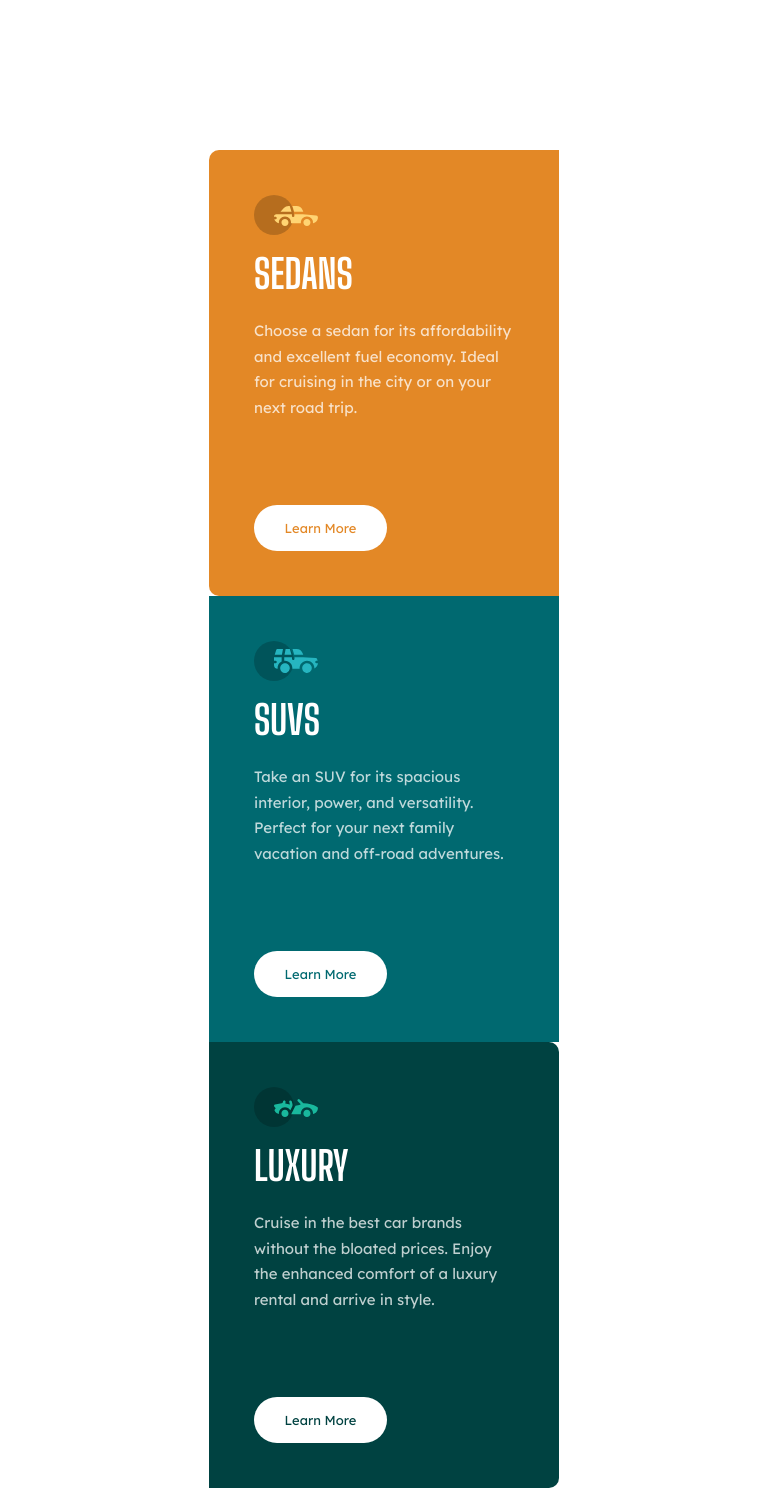
Repository: KamoliddinGIT/column-preview-card
Page: index.html
An editor plug-in stored every save of this project. The page is shown before and after the next save, followed by the edit.
The browser window is 768 px wide. The pictures show the whole page.

Above is the page before, as saved 2023-09-15 17:12:51.

After the next save:
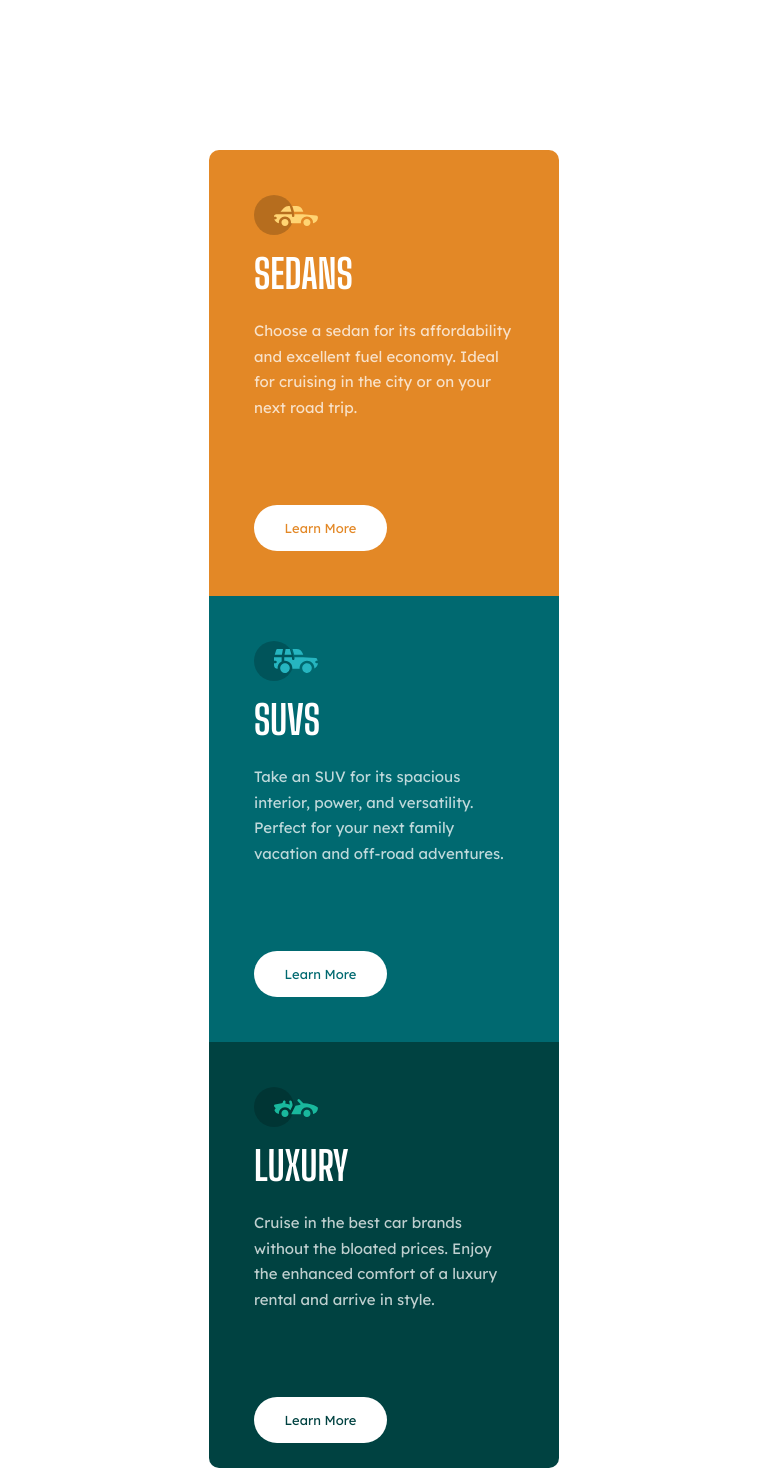
Saved 18 s later.
--- a/css/style.css
+++ b/css/style.css
@@ -182,6 +182,17 @@
     align-items: center;
     flex-direction: column;
   }
+  .card__1 {
+    border-top-right-radius: 10px;
+    border-top-left-radius: 10px;
+    border-bottom-left-radius: 0;
+  }
+  .card__3 {
+    padding-bottom: 25px;
+    border-top-right-radius: 0;
+    border-bottom-right-radius: 10px;
+    border-bottom-left-radius: 10px;
+  }
 }
 
 @media only screen and (max-width: 400px) {

After the save that followed:
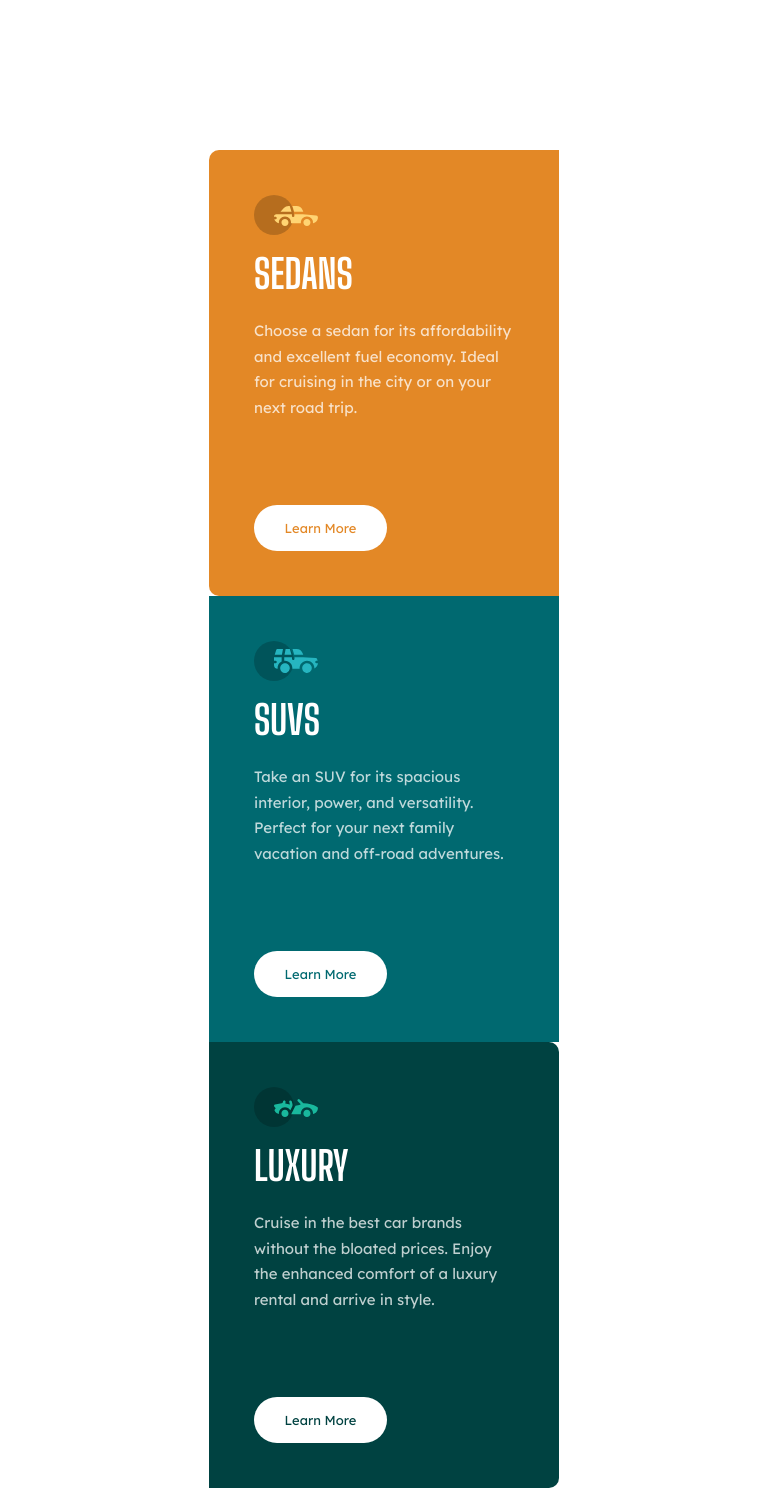
Saved 13 s later.
--- a/css/style.css
+++ b/css/style.css
@@ -182,7 +182,7 @@
     align-items: center;
     flex-direction: column;
   }
-  .card__1 {
+  /* .card__1 {
     border-top-right-radius: 10px;
     border-top-left-radius: 10px;
     border-bottom-left-radius: 0;
@@ -192,7 +192,7 @@
     border-top-right-radius: 0;
     border-bottom-right-radius: 10px;
     border-bottom-left-radius: 10px;
-  }
+  } */
 }
 
 @media only screen and (max-width: 400px) {
